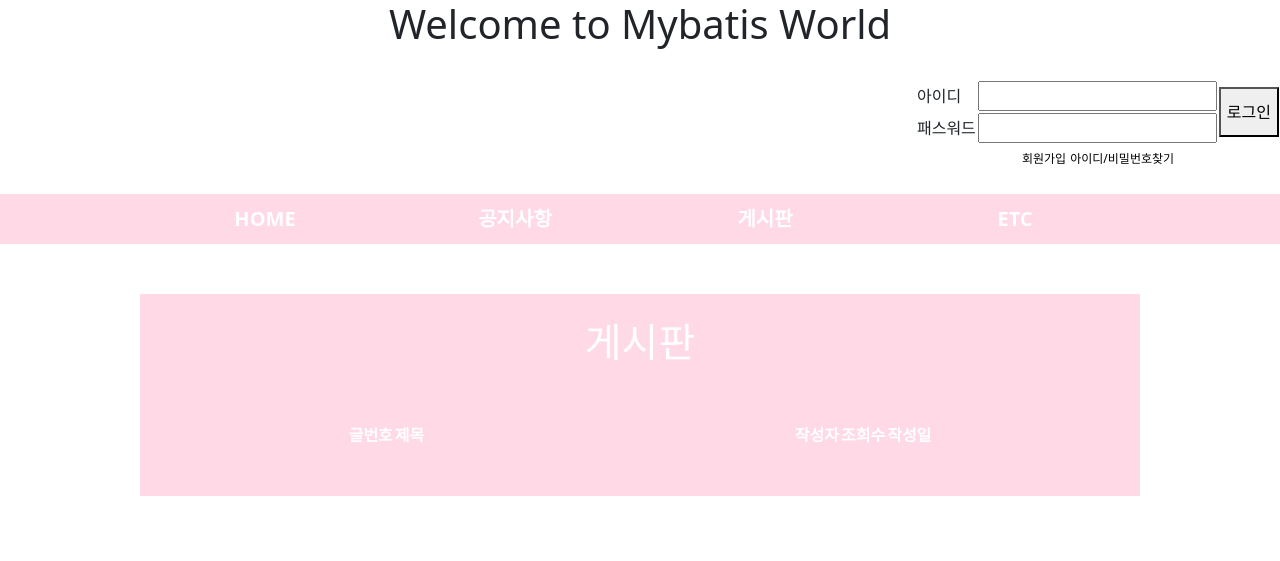
Repository: smjae96/Backup
Page: http://localhost/mybatisProject/WEB-INF/views/board/boardListView.jsp
An editor plug-in stored every save of this project. The page is shown before and after the next save, followed by the edit.
The browser window is 1280 px wide. The pictures show the whole page.
The page is served by Tomcat 9. Nobody is signed in. Other server files are loaded and not shown. The template is opened directly, without the code that normally fills it, so the values that code supplies are empty.

Above is the page before, as saved 2024-04-04 05:10:14.

### 6_mybatis/mybatisProject/webapp/WEB-INF/views/board/boardListView.jsp
<%@ page language="java" contentType="text/html; charset=UTF-8"
    pageEncoding="UTF-8"%>
<%@ taglib prefix="c" uri="http://java.sun.com/jsp/jstl/core"%>
<!DOCTYPE html>
<html>
<head>
<meta charset="UTF-8">
<title>Insert title here</title>
</head>
<body>
<jsp:include page="../common/menubar.jsp"/>
<div class="outer" align="center">
		<br>
		<h1 >게시판</h1>
		<br>

		<div id="search-area">
		</div>
		<br>

		<table id="list-area">
			<thead>
				<tr>
					<th>글번호</th>
					<th width="400">제목</th>
					<th>작성자</th>
					<th>조회수</th>
					<th>작성일</th>
				</tr>
			</thead>
			<tbody>
				<c:choose>
				<c:when test="${not empty list }">
				<c:forEach var="b" items="${list }">
				<tr>
					<td>${b.boardNo }</td>
					<td>${b.boardTitle }</td>
					<td>${b.boardWrtier }</td>
					<td>${b.count }</td>
					<td>${b.createDate }</td>
				</tr>
				</c:forEach>
				</c:when>
				<c:otherwise>

				</c:otherwise>
				</c:choose>
			</tbody>

		</table>
		<br>

		<div id="paging-area">
		</div>
		<br>
</div>

</body>
</html>

### 6_mybatis/mybatisProject/webapp/WEB-INF/views/common/menubar.jsp
<%@ page language="java" contentType="text/html; charset=UTF-8"
    pageEncoding="UTF-8"%>
<%@ taglib prefix="c" uri="http://java.sun.com/jsp/jstl/core"%>
<!DOCTYPE html>
<html>
<head>
<meta charset="UTF-8">
<title>mybatis</title>
<style>
    .login-area a {
        text-decoration: none;
        color: black;
        font-size: 12px;
    }

    .nav-area {
        background: #ffd9e5; color: white; height: 50px;
    }
    .menu {
        display: table-cell; width: 250px; height: 50px; vertical-align: middle;
        font-size: 20px; font-weight: bold;
    }
    .menu:hover {
        background: rgb(245, 245, 151);
        cursor: pointer;
    }
    /* 공통적으로 사용되는 css */
    .outer {
        width: 1000px;
        background: #ffd9e5;
        color: white;
        margin: auto;
        margin-top: 50px;
    }
</style>
<!-- bootstrap CSS -->
<link
	href="https://cdn.jsdelivr.net/npm/bootstrap@5.3.3/dist/css/bootstrap.min.css"
	rel="stylesheet"
	integrity="sha384-QWTKZyjpPEjISv5WaRU9OFeRpok6YctnYmDr5pNlyT2bRjXh0JMhjY6hW+ALEwIH"
	crossorigin="anonymous">
<!-- bootstrap JS -->
<script
	src="https://cdn.jsdelivr.net/npm/bootstrap@5.3.3/dist/js/bootstrap.bundle.min.js"
	integrity="sha384-YvpcrYf0tY3lHB60NNkmXc5s9fDVZLESaAA55NDzOxhy9GkcIdslK1eN7N6jIeHz"
	crossorigin="anonymous"></script>
</head>
<body>
	<c:if test="${alertMsg != null }">
		<script>
			alert("${alertMsg}")
		</script>
		<c:remove var="alertMsg" scope="session" />
	</c:if>
    <h1 align="center">Welcome to Mybatis World</h1>
    <br>
    <div class="login-area" align="right">
        <!-- 로그인 전 표시할 부분-->
        <!-- choose-when-otherwise 쓸 때는 그 내부에 주석이 들어가면 안됨. -->
        <c:choose>
			<c:when test="${loginUser == null}">
        <form action="login.me" method="post">
            <table>
                <tr>
                    <td>아이디</td>
                    <td><input type="text" name="userId"></td>
                    <td rowspan="2">
                        <button type="submit" style="height: 50px;">로그인</button>
                    </td>
                </tr>
                <tr>
                    <td>패스워드</td>
                    <td><input type="password" name="userPwd"></td>
                </tr>
                <tr>
                    <td colspan="3" align="center">
                        <a href="enrollForm.me">회원가입</a>
                        <a href="">아이디/비밀번호찾기</a>
                    </td>
                </tr>
            </table>
        </form>
        </c:when>
        <c:otherwise>
        <div>
            <table>
                <tr>
                    <td colspan="2">
                        <h3>${loginUser.userName }님 환영합니다^^</h3>
                    </td>
                </tr>
                <tr align="center">
                    <td><a href="mypage.me">마이페이지</a></td>
                    <td><a href="logout.me">로그아웃</a></td>
                </tr>
            </table>
        </div>
        </c:otherwise>
    </c:choose>
    </div>

    <br>
    <div class="nav-area" align="center">
        <div class="menu">HOME</div>
        <div class="menu">공지사항</div>
        <div class="menu" onclick="board()">게시판</div>
        <div class="menu">ETC</div>
    </div>
</body>
<script>
	function board() {
		location.href = "list.bo?cpage=1";
	}
</script>
</html>

After the next save:
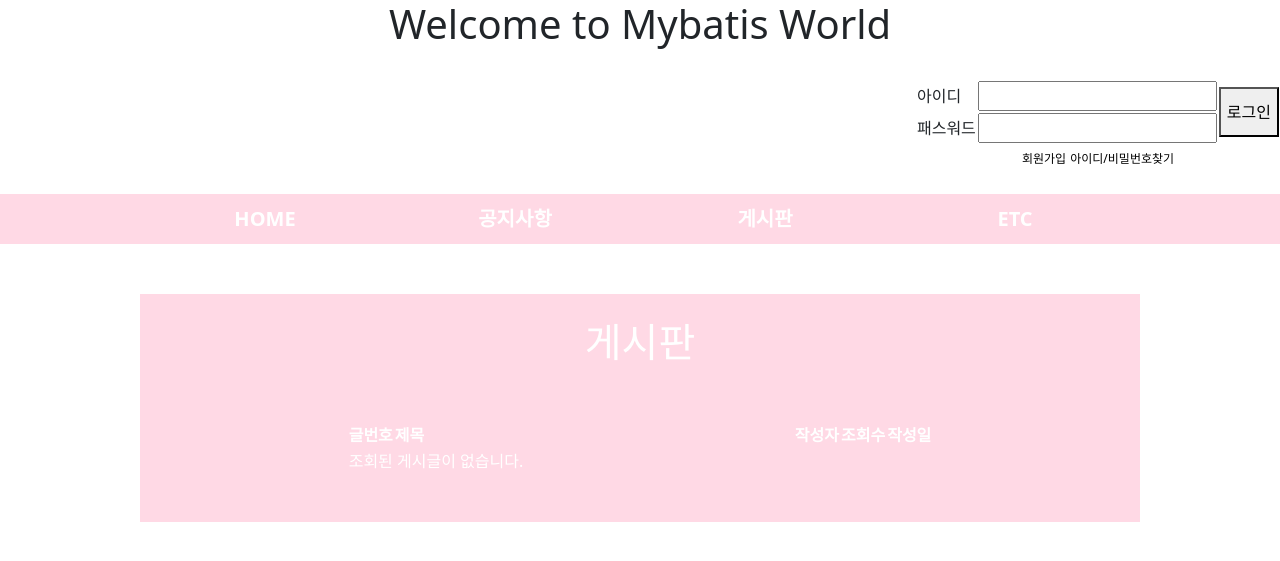
Saved 13 s later.
--- a/6_mybatis/mybatisProject/webapp/WEB-INF/views/board/boardListView.jsp
+++ b/6_mybatis/mybatisProject/webapp/WEB-INF/views/board/boardListView.jsp
@@ -42,7 +42,9 @@
 				</c:forEach>
 				</c:when>
 				<c:otherwise>
-
+					<tr>
+						<td colspan="6">조회된 게시글이 없습니다.</td>
+					</tr>
 				</c:otherwise>
 				</c:choose>
 			</tbody>
